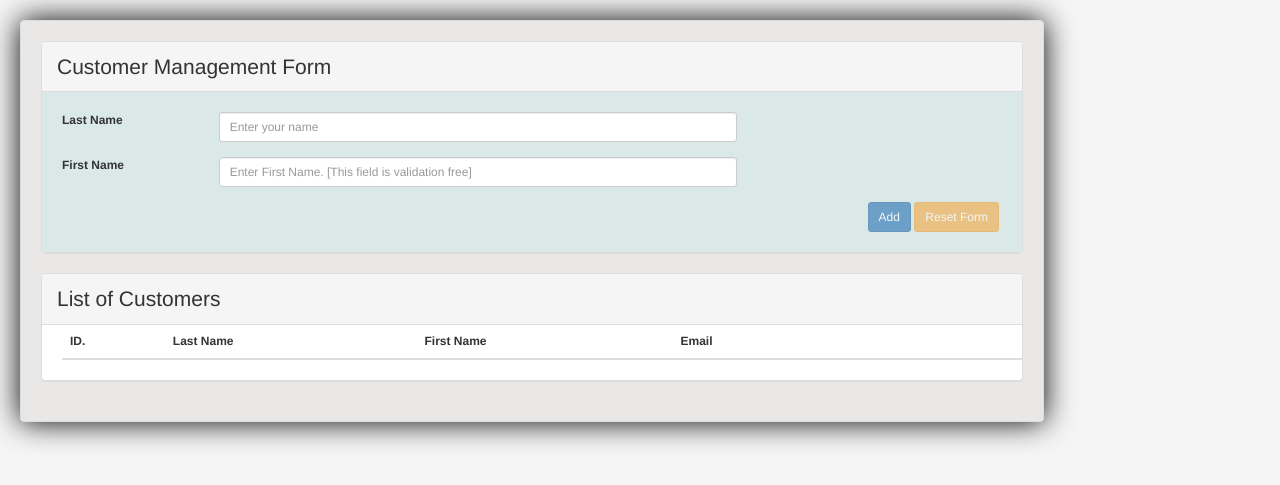
Repository: VigneshPrakash/PRAKASH_Vignesh_MANIVANNAN_ShivaramPrasad_CHELLA_SampathKumar_CHEN_Zirui_ReactFinal
Page: sakila-business-webapi/src/main/resources/static/CustomerManagement.html
The author's editor kept a copy of each file at every save. The page is drawn from the files as they stood at one save, then again after the next save.
The browser window is 1280 px wide. The pictures show the whole page.
The page's requests for data from a server got no answer. Some web libraries are served in a nearby version.

Above is the page before, as saved 2017-12-09 18:03:08.

After the next save:
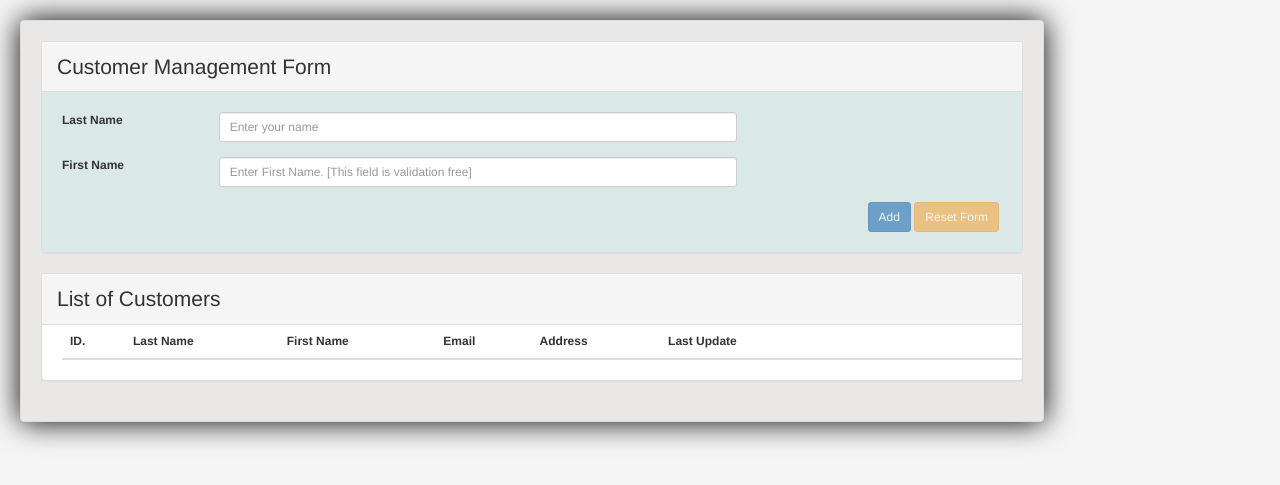
Saved 2 min 8 s later.
--- a/sakila-business-webapi/src/main/resources/static/CustomerManagement.html
+++ b/sakila-business-webapi/src/main/resources/static/CustomerManagement.html
@@ -84,6 +84,8 @@
                               <th>Last Name</th>
                               <th>First Name</th>
                               <th>Email</th>
+                              <th>Address</th>
+                              <th>Last Update</th>
                               <th width="20%"></th>
                           </tr>
                       </thead>
@@ -94,6 +96,7 @@
                               <td><span ng-bind="u.firstName"></span></td>
                               <td><span ng-bind="u.email"></span></td>
                               <td><span ng-bind="u.address"></span></td>
+                              <td><span ng-bind="u.lastUpdate"></span></td>
                               <td>
                               <button type="button" ng-click="ctrl.edit(u.customerId)" class="btn btn-success custom-width">Edit</button>  <button type="button" ng-click="ctrl.remove(u.customerId)" class="btn btn-danger custom-width">Remove</button>
                               </td>
